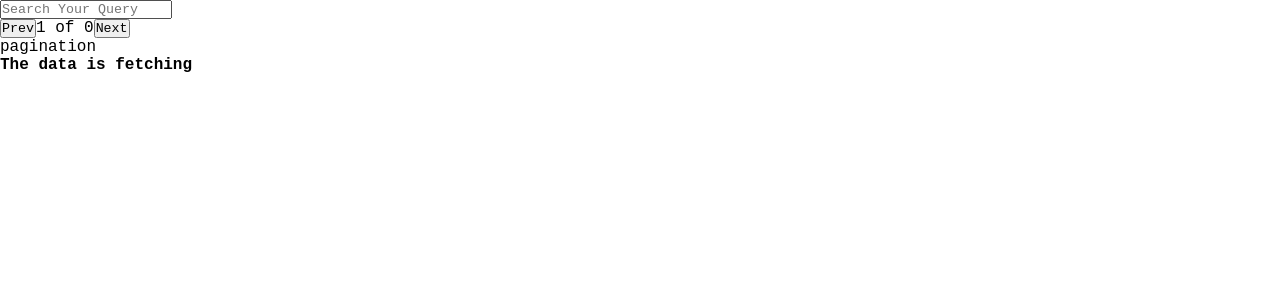
Repository: suraj-yadav7/TechNews
Page: /
The author's editor kept a copy of each file at every save. The page is drawn from the files as they stood at one save, then again after the next save.
The browser window is 1280 px wide. The pictures show the whole page.
The page's requests for data from a server got no answer. The project was rebuilt for these pictures with package versions that can differ from the ones it lists, and the page was loaded fresh each time. No one was signed in, and anything a server would have sent is missing.

Above is the page before, as saved 2023-04-28 09:51:12.

### src/index.js
import React from 'react';
import ReactDOM from 'react-dom/client';
import App from './App';
import { AppProvider } from './context';

const root = ReactDOM.createRoot(document.getElementById('root'));
root.render(
  <React.StrictMode>
    <AppProvider>
    <App />
    </AppProvider>
  </React.StrictMode>
);

### src/App.js
import './App.css';
import Pagination from './components/Pagination';
import Search from './components/Search';
import Stories from './components/Stories';

function App() {
  return (
      <>
      <Search/>
      <Pagination />
      <Stories />
      </>
  );
}

export default App;

### src/context.jsx
import {useContext, createContext, useEffect, useReducer} from "react"
import {reducer} from './reducer'

const AppContext = createContext();
let api = "https://hn.algolia.com/api/v1/search?";
const initial = {
    hits:[],
    page:0,
    nbPages:0,
    query:"",
    isLoading:true
}

const AppProvider = ({children})=>{

    const [state, dispatch] = useReducer(reducer, initial)

    const fetchApiData = async(url)=>{
        dispatch({
            type:"loadingData",
        })
        try{
            let fetchApi = await fetch(url)
            let data = await fetchApi.json()
            console.log(data)
            dispatch({
                type:"Get_Update",
                payload:{
                    hitNews:data.hits,
                    pg:data.page,
                    nbPg: data.nbPages
                }
            })
        }
        catch(error){
            console.log(error)
        }
        }

        //removing post
        const removePost = (objectID) =>{
                    dispatch({
                        type:"remove_post",
                        payload: objectID
                    })
        }

    //Search Post
    const searchPost = ((searchVal)=>{
        // searchVal.preventDefault()
        dispatch({
        type:"SEARCH_POST",
        payload: searchVal
        })
    })

    //Previous Page
    const prevPage=()=>{
        dispatch({
            type:"PREV_PAGE"
        })
    }
    const nextPage=()=>{
        dispatch({
            type:"NEXT_PAGE"
        })
    }
    useEffect(()=>{
         fetchApiData(`${api}query=${state.query}&&page=${state.page}`)

    },[state.query, state.page])


    return(
        <AppContext.Provider value= {{...state, removePost, searchPost,prevPage,nextPage}} >{children}</AppContext.Provider>
    )
};

//Custom hook to provide appContext and useContext

const useGlobalContext = ()=>{
    return useContext(AppContext)
}
export {AppContext,AppProvider, useGlobalContext}

### src/App.css
*{
  margin: 0;
  padding: 0;
  box-sizing: border-box;
  font-family: monospace, sans-serif;
}

.App {
  text-align: center;
}

.App-header {
  background-color: #282c34;
  min-height: 100vh;
  display: flex;
  flex-direction: column;
  align-items: center;
  justify-content: center;
  font-size: calc(10px + 2vmin);
  color: white;
}

.App-link {
  color: #61dafb;
}

@keyframes App-logo-spin {
  from {
    transform: rotate(0deg);
  }
  to {
    transform: rotate(360deg);
  }
}

/* Stories */
.parentStory{
  display: flex;
  align-items: center;
  justify-content: center;
  flex-direction: column;
  gap: 1rem

}

.stories{
  width: 50%;
  height: 12rem;
  display: flex;
  background-color: #61dafb;
  align-items: center;
  justify-content: center;
  flex-direction: column;
}
.storiesButton{
  height: 2rem;
  display: flex;
  align-items: center;
}
.storiesButton >button, a>button{
  margin:0 5rem;
  border: 1px solid blue;
  background-color: aliceblue;
  color: black;
  border-radius: 10px;
  height: 2rem;
  width: 6rem;
  text-align:center;
  font-size: medium;
  cursor: pointer;
}

### src/components/Pagination.jsx
import React from 'react'

const Pagination = () => {
  return (
    <>
    <div className="pagination">
        pagination
    </div>

    </>
  )
}

export default Pagination

### src/components/Search.jsx
import React from 'react'
import { useGlobalContext } from '../context'

const Search = () => {
  const {query, searchPost,prevPage,nextPage, nbPages,page} = useGlobalContext()
  return (
    <>
   <div className='formContainer'>
    <form onSubmit={(e)=>e.preventDefault()}>
      <input type="search" placeholder='Search Your Query' value={query} onChange={(e)=> searchPost(e.target.value)}></input>
    </form>
   </div>
   <div className='pagination'>
    <button onClick={prevPage} >Prev</button>
     <span>{page+1} of {nbPages}</span>
    <button onClick={nextPage} >Next</button>
   </div>
    </>
  )
}

export default Search

### src/components/Stories.jsx
import React from 'react'
import { useGlobalContext } from '../context'

const Stories = () => {
    const {hits, isLoading,removePost}= useGlobalContext()



    if(isLoading){
    return(
        <div className="Loading">
        <h4>The data is fetching</h4>
        </div>
    )
    }
  return (
    <>
      <div className='parentStory'>
        <h2>Latest Tech News</h2>
        {hits?.map((story)=>{
          const {objectID} = story
          return (
          <>
          <div className='stories' key={objectID}>
          <h3>{story.title}</h3>
          <p>by <span>{story.author}</span>  | <span>comment: {story.num_comments} </span></p>
          <div className="storiesButton">
          <a  href={story.url} target='_blank' rel="noreferrer"><button >Read More</button></a>
          <button  onClick={()=>removePost(objectID)} >Remove</button>
            </div>
          </div>
          </>)
          })}
      </div>
    </>
  )
}

export default Stories

### src/reducer.jsx

const reducer = (state,action) =>{
    switch(action.type){
        case"loadingData" : return{
            ...state,
            isLoading: true

        } ;
        case "Get_Update":
            return{
                ...state,
                isLoading:false,
                hits:action.payload.hitNews,
                nbPages:action.payload.nbPg
            }

        case "remove_post":
            return{
                ...state, hits: state.hits.filter((post)=> post.objectID !== action.payload)
            }

        case "SEARCH_POST":
            return{
                    ...state, query: action.payload
            }

        case "PREV_PAGE":
            let pageNum=state.page-1
            if(pageNum<=0){
                pageNum=0
            }
            return{
                 ...state,
                    page:pageNum
                }


        case "NEXT_PAGE":
            let pageNum2= state.page+1
            if(pageNum2>=50){
                pageNum2=0
            }

            return{
                ...state,
                page:pageNum2
            }

    }
    return state
}
export {reducer};

Loaded but not shown: public/index.html (common file)

After the next save:
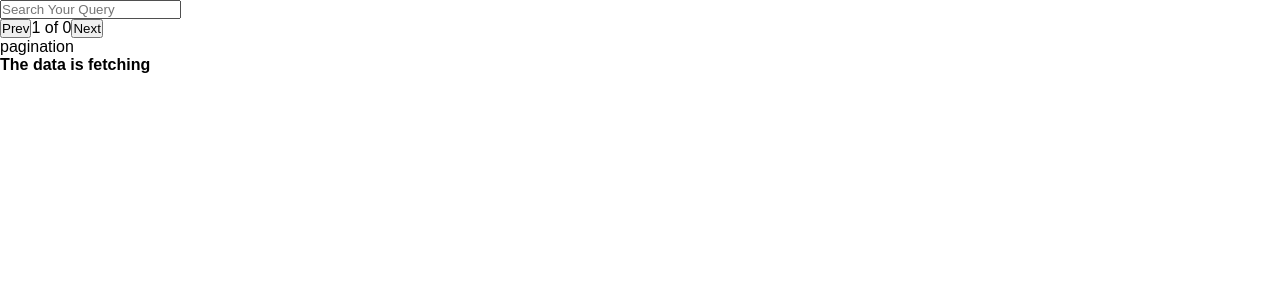
Saved 5 s later.
--- a/src/App.css
+++ b/src/App.css
@@ -2,7 +2,7 @@
   margin: 0;
   padding: 0;
   box-sizing: border-box;
-  font-family: monospace, sans-serif;
+  font-family:  sans-serif;
 }
 
 .App {
